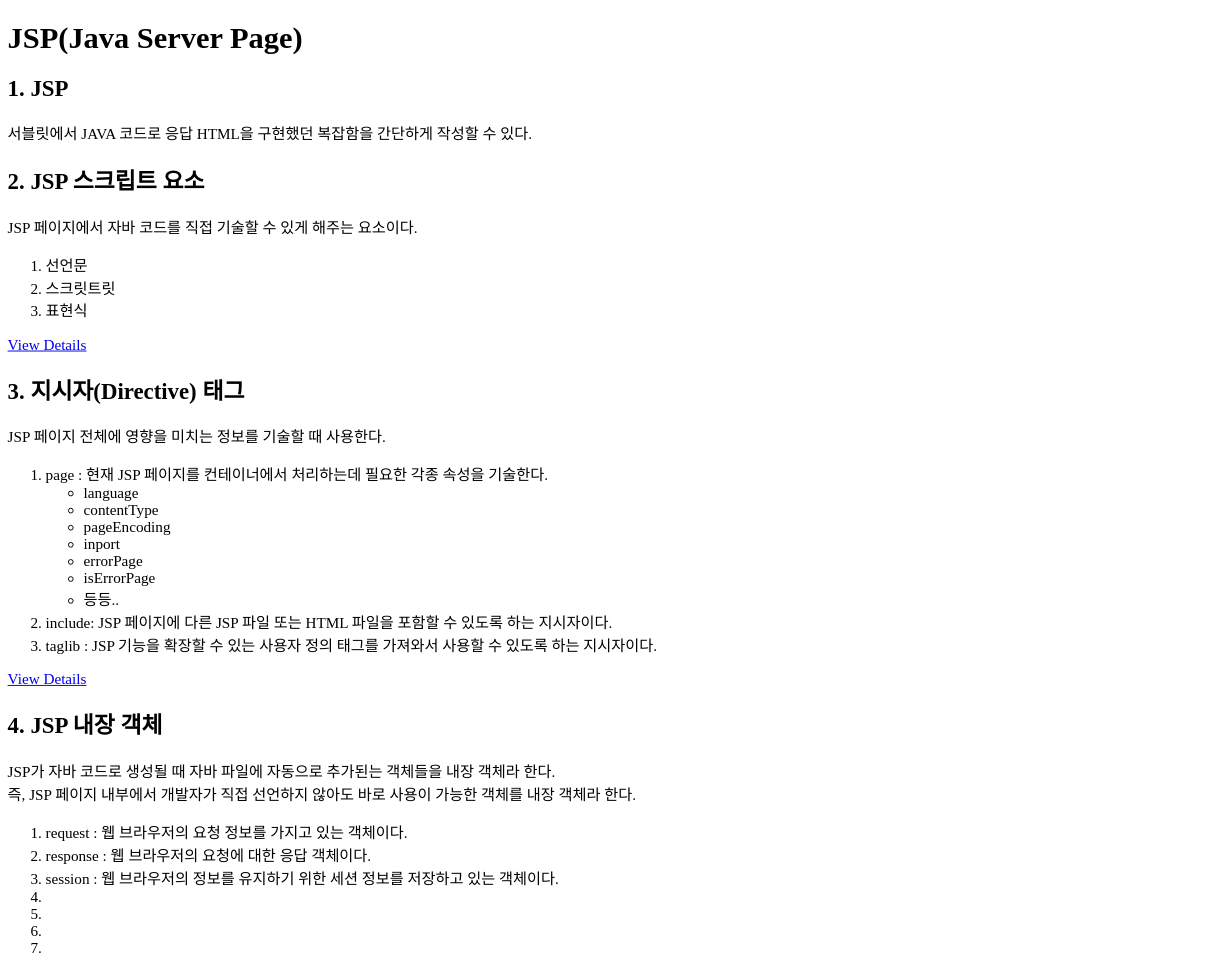
Repository: Parknogyung/Backend
Page: 02_JSP/src/main/webapp/index.html
An editor plug-in stored every save of this project. The page is shown before and after the next save, followed by the edit.
The browser window is 1280 px wide. The pictures show the whole page, at 95% of full size.

Above is the page before, as saved 2022-07-11 00:44:23.

After the next save:
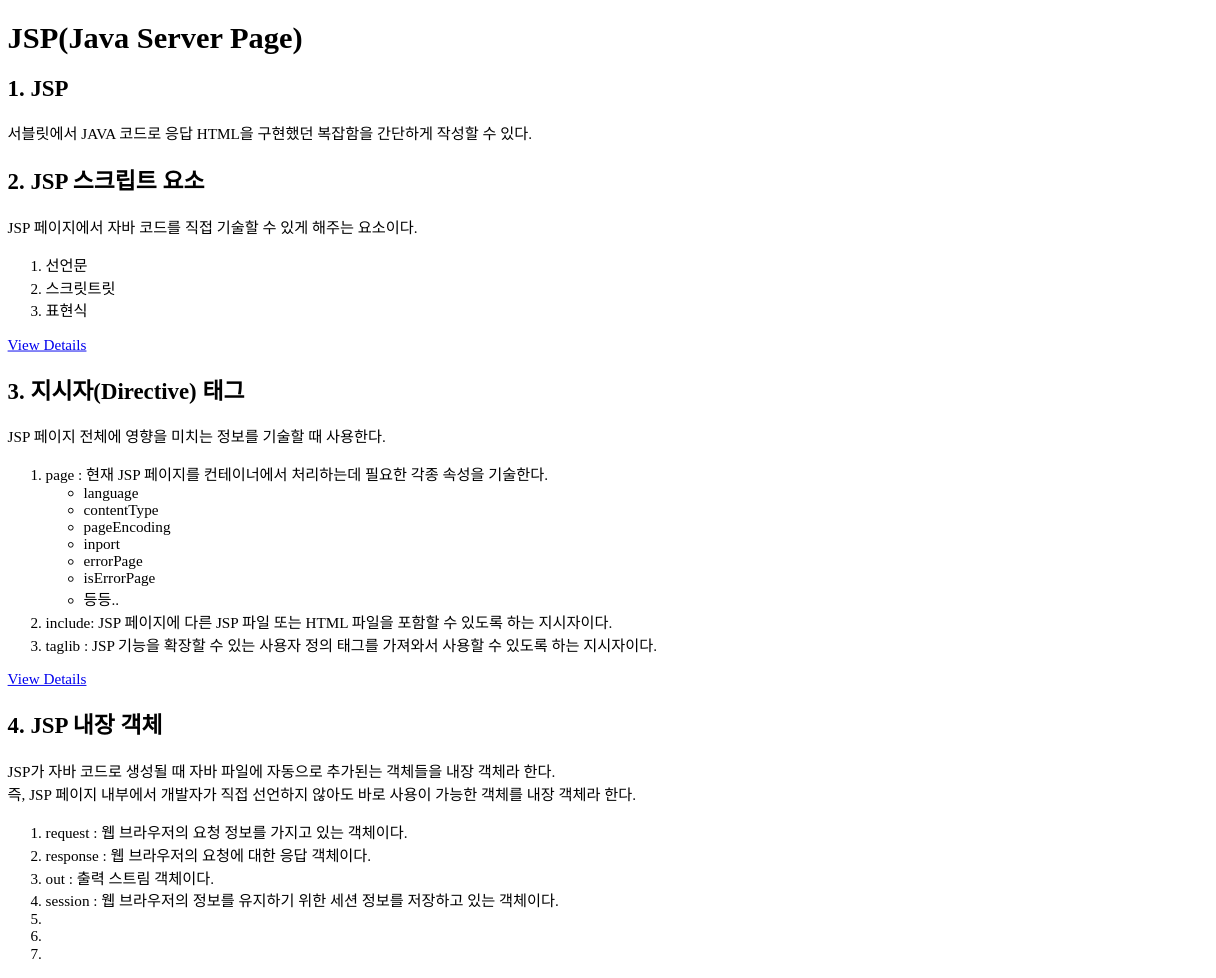
Saved 76 s later.
--- a/02_JSP/src/main/webapp/index.html
+++ b/02_JSP/src/main/webapp/index.html
@@ -57,8 +57,8 @@
 	<ol>
 		<li>request : 웹 브라우저의 요청 정보를 가지고 있는 객체이다.</li>
 		<li>response : 웹 브라우저의 요청에 대한 응답 객체이다.</li>
+		<li>out : 출력 스트림 객체이다.</li>
 		<li>session : 웹 브라우저의 정보를 유지하기 위한 세션 정보를 저장하고 있는 객체이다.</li>
-		<li></li>
 		<li></li>
 		<li></li>
 		<li></li>
